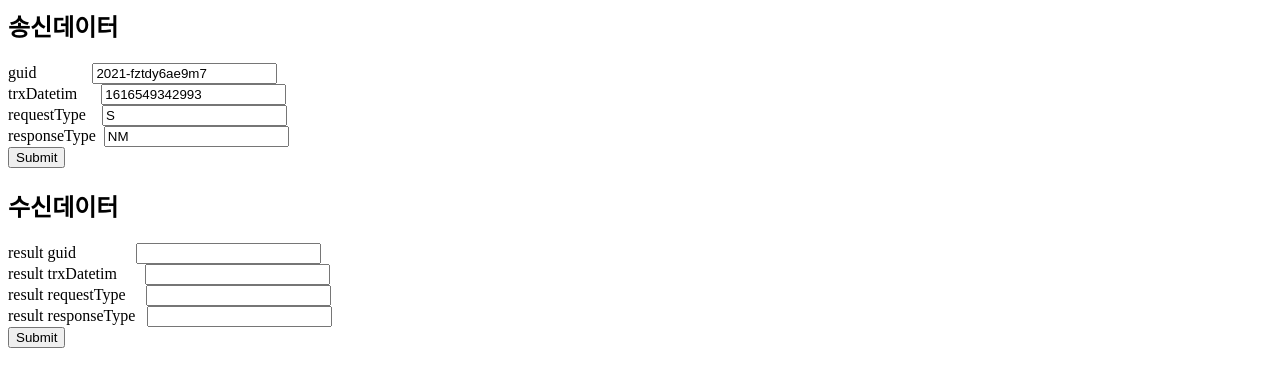
Repository: kchan75/kakaobank
Page: inserver/src/main/resources/static/index.html
These files come from the project's save history. The page is drawn as it stood at one moment and after the next save; the edit follows.
The browser window is 1280 px wide. The pictures show the whole page.

Above is the page before, as saved 2021-03-24 04:03:57.

### inserver/src/main/resources/static/index.html
<html>
<head>
<title>test</title>
<script language="javascript">
	function setData(){
		  var time= new Date(); //시간받기위해서 new date
		  document.getElementById("trxDatetim").value=time.getTime();
		  document.getElementById("guid").value=time.getFullYear() + "-"+  Math.random().toString(36).substr(2,11);
		}
</script>
</head>

<body >
	<h2>송신데이터</h2>
	<div id="sendCommon"></div>
	<div id="sendbiz"></div>


	<form id="formElem">
		<label> guid&nbsp; &nbsp; &nbsp; &nbsp; &nbsp;&nbsp; &nbsp;&nbsp; </label><input type="text" name="guid" id="guid" value="2021-fztdy6ae9m7">
		<br/>
		<label> trxDatetim &nbsp; &nbsp;&nbsp; </label> <input type="text" name="trxDatetim" id="trxDatetim" value="1616549342993">
		<br/>
		<label> requestType&nbsp; &nbsp; </label> <input type="text" name="requestType" value="S">
		<br/>
		<label> responseType&nbsp;  </label> <input type="text" name="responseType" value="NM">
		<br/>
		<input type="submit" onclick="setData()">
	</form>

	<h2>수신데이터</h2>
	<div id="resCommon"></div>
	<div id="resBiz"></div>
	<form id="formElem2">
		<label> result guid&nbsp;&nbsp;&nbsp;&nbsp;&nbsp;&nbsp; &nbsp; &nbsp; &nbsp;&nbsp;&nbsp;&nbsp;</label><input type="text" name="rGuid" id="rGuid" value="">
		<br/>
		<label> result trxDatetim &nbsp;&nbsp;&nbsp;&nbsp;&nbsp;</label> <input type="text" name="rTrxDatetim" id="rTrxDatetim" value="">
		<br/>
		<label> result requestType &nbsp; &nbsp; </label> <input type="text" name="rRequestType" id="rRequestType" >
		<br/>
		<label> result responseType &nbsp;  </label> <input type="text" name="rResponseType" id="rResponseType">
		<br/>
		<input type="submit" onclick="setData()">
	</form>

</body>

<script>
    formElem.onsubmit = async (e) => {
      e.preventDefault();
      var form = document.querySelector("#formElem");
     // var form = document.forms[0];


        data = {
          "common":
          {
        	  guid : form.querySelector('input[name="guid"]').value,
        	  trxDatetim : form.querySelector('input[name="trxDatetim"]').value,
        	  requestType : form.querySelector('input[name="requestType"]').value,
        	  responseType : form.querySelector('input[name="responseType"]').value
          },
	      "biz":
	      {
	      	  service : "testService",
	      	  inputData : "INDATA",
	      	  outputData : "OUTDATA"
	      }
        }
		document.querySelector("#sendCommon").innerText=JSON.stringify(data.common)
		document.querySelector("#sendBiz").innerText=JSON.stringify(data.biz)

        let response = fetch('http://localhost:8080/kchan', {
                method: 'POST', // or 'PUT'
                headers: {
                    'Content-Type': 'application/json',
                    'Access-Control-Allow-Origin':'*'
                },
                body: JSON.stringify(data),
        }).then(response => response.json())
          .then(data => {
        	  //document.querySelector("#div").innerHTML = data;
        	  //console.log(data.common.guid);
        	  //console.log(data.common.trxDatetim);
        	  //console.log(data.common.requestType);
        	  //console.log(data.common.responseType);
        	  document.getElementById("rGuid").value=data.common.guid
        	  document.getElementById("rTrxDatetim").value=data.common.trxDatetim
        	  document.getElementById("rRequestType").value=data.common.requestType
        	  document.getElementById("rResponseType").value=data.common.responseType
        	  document.querySelector("#resCommon").innerText=JSON.stringify(data.common)
        	  document.querySelector("#resBiz").innerText=JSON.stringify(data.biz)
          })

    };
</script>
</html>

After the next save:
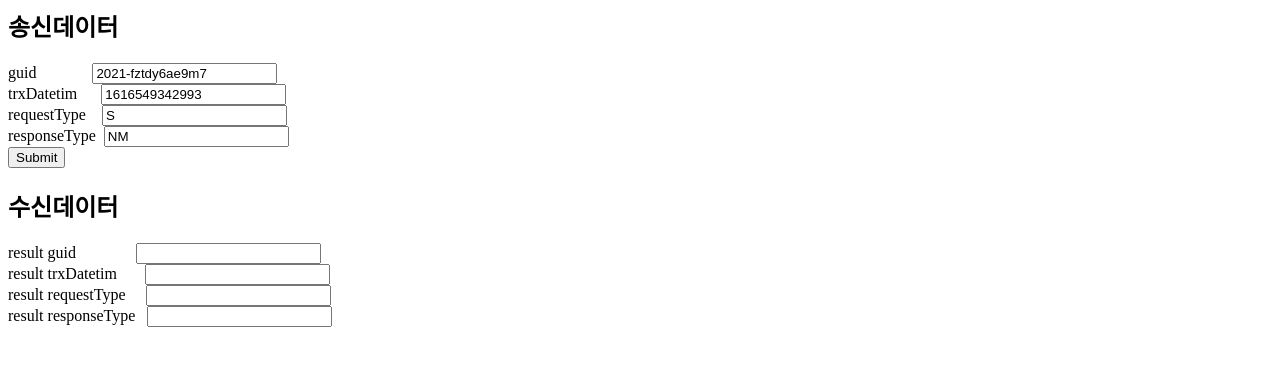
Saved 20 s later.
--- a/inserver/src/main/resources/static/index.html
+++ b/inserver/src/main/resources/static/index.html
@@ -40,7 +40,6 @@
 		<br/>
 		<label> result responseType &nbsp;  </label> <input type="text" name="rResponseType" id="rResponseType">
 		<br/>
-		<input type="submit" onclick="setData()">
 	</form>
 
 </body>
